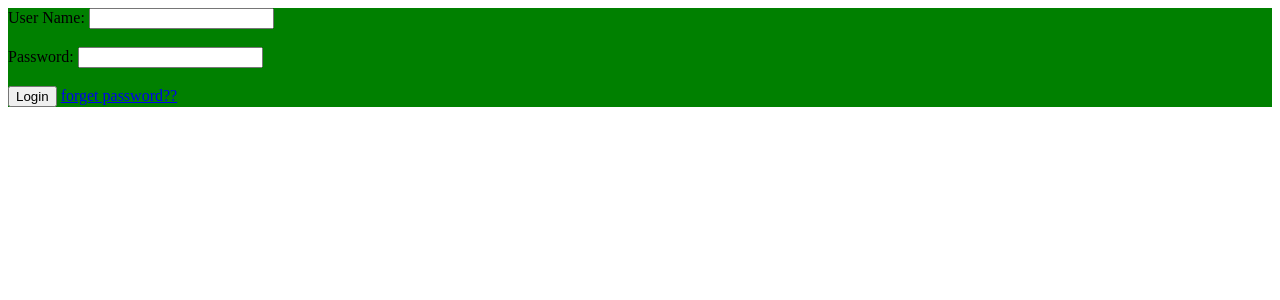
Repository: AmritOjha01/sms
Page: http://localhost/StudentManagementSystem/UserController?action=listUser
These files come from the project's save history. The page is drawn as it stood at one moment and after the next save; the edit follows.
The browser window is 1280 px wide. The pictures show the whole page.
The page is served by Tomcat 9. Other server files are loaded and not shown.

Above is the page before, as saved 2017-03-27 11:08:24.

### StudentManagementSystem/WebContent/login.jsp
<%@ page language="java" contentType="text/html; charset=ISO-8859-1"
	pageEncoding="ISO-8859-1"%>
<!DOCTYPE html PUBLIC "-//W3C//DTD HTML 4.01 Transitional//EN" "http://www.w3.org/TR/html4/loose.dtd">
<html>
<head>
<meta http-equiv="Content-Type" content="text/html; charset=ISO-8859-1">
<title>Insert title here</title>
</head>
<body>
	<form action="LoginController" method="post" style="background-color: green; border: solid  1 em; ">
		User Name: <input type="text" name="uName"><br>
		<br> Password: <input type="password" name="pass"><br>
		<br> <input type="submit" value="Login">
		<a href="LoginController?action=getpassword">forget password??</a>
	</form>
</body>
</html>

### StudentManagementSystem/src/com/krishna/sis/controller/UserController.java
package com.krishna.sis.controller;

import java.io.IOException;
import java.text.ParseException;
import java.text.SimpleDateFormat;
import java.util.Date;

import javax.servlet.RequestDispatcher;
import javax.servlet.ServletException;
import javax.servlet.annotation.WebServlet;
import javax.servlet.http.HttpServlet;
import javax.servlet.http.HttpServletRequest;
import javax.servlet.http.HttpServletResponse;
import javax.servlet.http.HttpSession;

import com.krishna.sis.dto.UserDTO;
import com.krishna.sis.service.UserService;
import com.krishna.sis.service.UserServiceImpl;
import com.krishna.sis.util.EmailUtility;

@WebServlet("/UserController")
public class UserController extends HttpServlet {
	private static final long serialVersionUID = 1L;
	private static String INSERT_OR_EDIT = "/userCreate.jsp";
	private static String LIST_USER = "/userList.jsp";
	private static String LOGIN = "/login.jsp";
	private static String PREVIOUS_PWD = "/previousUserPassword.jsp";

	private UserService userService;

	public UserController() {
		super();
		userService = new UserServiceImpl();
	}

	protected void doGet(HttpServletRequest request, HttpServletResponse response)
			throws ServletException, IOException {
		String forward = "";
		String name = "";
		HttpSession session = request.getSession(false);
		if (session != null)
			name = (String) session.getAttribute("uname");
		else
			name = null;
		if (name != null) {
			String action = request.getParameter("action");

			if (action.equalsIgnoreCase("delete")) {
				int userId = Integer.parseInt(request.getParameter("userid"));
				userService.deleteUser(userId);
				forward = LIST_USER;
				request.setAttribute("users", userService.getAllUsers());
			} else if (action.equalsIgnoreCase("edit")) {
				forward = INSERT_OR_EDIT;
				int userId = Integer.parseInt(request.getParameter("userid"));
				UserDTO user = userService.getUserById(userId);
				request.setAttribute("user", user);
			} else if (action.equalsIgnoreCase("listUser")) {
				forward = LIST_USER;
				request.setAttribute("users", userService.getAllUsers());
			} else if (action.equalsIgnoreCase("insert")) {
				forward = INSERT_OR_EDIT;
			} else {
				forward = PREVIOUS_PWD;

			}
		} else {
			forward = LOGIN;
		}
		RequestDispatcher view = request.getRequestDispatcher(forward);
		view.forward(request, response);
	}

	protected void doPost(HttpServletRequest request, HttpServletResponse response)
			throws ServletException, IOException {
		UserDTO userDTO = new UserDTO();
		userDTO.setFirstName(request.getParameter("firstName"));
		userDTO.setLastName(request.getParameter("lastName"));
		userDTO.setUsername(request.getParameter("username"));
		userDTO.setPassword(request.getParameter("password"));
		String dateOfBirth = request.getParameter("dob");
		try {
			Date dob = new SimpleDateFormat("yyyy-MM-dd").parse(dateOfBirth);
			userDTO.setDob(dob);
		} catch (ParseException e) {
			e.printStackTrace();
		}
		userDTO.setEmail(request.getParameter("email"));
		String userid = request.getParameter("userid");
		if (userid == null || userid.isEmpty()) {
			userService.saveUser(userDTO);
			EmailUtility.sendEmail(userDTO.getPassword());
		} else {
			userDTO.setUserId(Integer.parseInt(userid));
			userService.updateUser(userDTO);
		}

		RequestDispatcher view = request.getRequestDispatcher(LIST_USER);
		request.setAttribute("users", userService.getAllUsers());
		view.forward(request, response);
	}
}

### StudentManagementSystem/src/com/krishna/sis/service/UserServiceImpl.java
package com.krishna.sis.service;

import java.util.List;

import com.krishna.sis.dao.UserDao;
import com.krishna.sis.dao.UserDaoImpl;
import com.krishna.sis.dto.UserDTO;

public class UserServiceImpl implements UserService {

	UserDao userDao = new UserDaoImpl();

	@Override
	public boolean saveUser(UserDTO userDTO) {
		return userDao.saveUser(userDTO);
	}

	@Override
	public boolean updateUser(UserDTO userDTO) {
		return userDao.updateUser(userDTO);
	}

	@Override
	public List<UserDTO> getAllUsers() {
		return userDao.getAllUsers();
	}

	@Override
	public UserDTO getUserById(int userId) {
		return userDao.getUserById(userId);
	}

	@Override
	public void deleteUser(int userId) {
		userDao.deleteUser(userId);

	}

	@Override
	public UserDTO getUserByUserNameAndPassword(String username, String password) {
		return userDao.getUserByUserNameAndPassword(username, password);
	}

	@Override
	public UserDTO getPasswordByEmail(String email) {

		return userDao.getPasswordByEmail(email);
	}

	@Override
	public UserDTO getPasswordByPassword(String pwd) {

		return userDao.getPasswordByPassword(pwd);
	}

}

### StudentManagementSystem/src/com/krishna/sis/dao/UserDao.java
package com.krishna.sis.dao;

import java.util.List;

import com.krishna.sis.dto.UserDTO;

public interface UserDao {
	public boolean saveUser(UserDTO userDTO);

	public boolean updateUser(UserDTO userDTO);

	public List<UserDTO> getAllUsers();

	public UserDTO getUserById(int userId);

	public void deleteUser(int userId);

	public UserDTO getUserByUserNameAndPassword(String username, String password);

	public UserDTO getPasswordByEmail(String email);

	public UserDTO getPasswordByPassword(String pwd);
}

### StudentManagementSystem/src/com/krishna/sis/dao/UserDaoImpl.java
package com.krishna.sis.dao;

import java.sql.PreparedStatement;
import java.sql.ResultSet;
import java.util.ArrayList;
import java.util.List;

import com.krishna.sis.dto.UserDTO;
import com.krishna.sis.util.DbUtil;
import com.krishna.sis.util.QueryUtil;

public class UserDaoImpl implements UserDao {
	public boolean saveUser(UserDTO userDTO) {
		PreparedStatement ps = null;
		int savedUser = 0;
		try {
			ps = DbUtil.getConnection().prepareStatement(QueryUtil.CREATE_USER);
			// ps.setNull(1, java.sql.Types.INTEGER);
			ps.setString(1, userDTO.getFirstName());
			ps.setString(2, userDTO.getLastName());
			ps.setString(3, userDTO.getEmail());
			ps.setDate(4, new java.sql.Date(userDTO.getDob().getTime()));
			ps.setString(5, userDTO.getUsername());
			ps.setString(6, userDTO.getPassword());
			savedUser = ps.executeUpdate();

		} catch (Exception ex) {
			ex.printStackTrace();
		} finally {
			DbUtil.closeAll(ps);
		}
		if (savedUser >= 1) {
			return true;
		}
		return false;
	}

	public boolean updateUser(UserDTO userDTO) {
		PreparedStatement ps = null;
		int uUpdated = 0;
		try {
			ps = DbUtil.getConnection().prepareStatement(QueryUtil.UPDATE_USER);
			ps.setString(1, userDTO.getFirstName());
			ps.setString(2, userDTO.getLastName());
			ps.setString(3, userDTO.getEmail());
			ps.setDate(4, new java.sql.Date(userDTO.getDob().getTime()));
			ps.setString(5, userDTO.getPassword());
			ps.setInt(6, userDTO.getUserId());
			uUpdated = ps.executeUpdate();
		} catch (Exception ex) {
			ex.printStackTrace();
		} finally {
			DbUtil.closeAll(ps);
		}
		if (uUpdated >= 1) {
			return true;
		}
		return false;
	}

	public List<UserDTO> getAllUsers() {
		List<UserDTO> users = new ArrayList<UserDTO>();
		PreparedStatement ps = null;
		try {
			ps = DbUtil.getConnection().prepareStatement(QueryUtil.GET_ALL_USER);
			ResultSet rs = ps.executeQuery();
			while (rs.next()) {
				UserDTO userDTO = new UserDTO();
				userDTO.setUserId(rs.getInt("user_id"));
				userDTO.setFirstName(rs.getString("first_name"));
				userDTO.setLastName(rs.getString("last_name"));
				userDTO.setDob(rs.getDate("dob"));
				userDTO.setEmail(rs.getString("email"));
				userDTO.setUsername(rs.getString("username"));
				users.add(userDTO);
			}
		} catch (Exception ex) {
			ex.printStackTrace();
		} finally {
			DbUtil.closeAll(ps);
		}

		return users;
	}

	public UserDTO getUserById(int userId) {
		UserDTO user = new UserDTO();
		PreparedStatement ps = null;
		try {
			ps = DbUtil.getConnection().prepareStatement(QueryUtil.GET_USER_BY_ID);
			ps.setInt(1, userId);
			ResultSet rs = ps.executeQuery();
			if (rs.next()) {
				user.setUserId(rs.getInt("user_id"));
				user.setFirstName(rs.getString("first_name"));
				user.setLastName(rs.getString("last_name"));
				user.setDob(rs.getDate("dob"));
				user.setEmail(rs.getString("email"));
				user.setUsername(rs.getString("username"));
			}
		} catch (Exception ex) {
			ex.printStackTrace();
		} finally {
			DbUtil.closeAll(ps);
		}
		return user;
	}

	public void deleteUser(int userId) {
		PreparedStatement ps = null;
		try {
			ps = DbUtil.getConnection().prepareStatement(QueryUtil.DELETE_USER);
			ps.setInt(1, userId);
			ps.executeUpdate();

		} catch (Exception ex) {
			ex.printStackTrace();
		} finally {
			DbUtil.closeAll(ps);
		}
	}

	public UserDTO getUserByUserNameAndPassword(String username, String password) {
		UserDTO user = new UserDTO();
		PreparedStatement ps = null;
		try {
			ps = DbUtil.getConnection().prepareStatement(QueryUtil.GET_USER_BY_USERNAME_AND_PASSWORD);
			ps.setString(1, username);
			ps.setString(2, password);
			ResultSet rs = ps.executeQuery();
			if (rs.next()) {
				user.setUserId(rs.getInt("user_id"));
				user.setUsername(rs.getString("username"));
				user.setPassword(rs.getString("password"));
			}
		} catch (Exception ex) {
			ex.printStackTrace();
		} finally {
			DbUtil.closeAll(ps);
		}
		return user;
	}

	@Override
	public UserDTO getPasswordByEmail(String email) {
		UserDTO user = new UserDTO();
		PreparedStatement ps = null;
		try {
			ps = DbUtil.getConnection().prepareStatement(QueryUtil.GET_BY_EMAIL);
			ps.setString(1, email);
			ResultSet rs = ps.executeQuery();
			if (rs.next()) {
				user.setUserId(rs.getInt("user_id"));
				user.setFirstName(rs.getString("first_name"));
				user.setLastName(rs.getString("last_name"));
				user.setDob(rs.getDate("dob"));
				user.setEmail(rs.getString("email"));
				user.setUsername(rs.getString("username"));
				user.setPassword(rs.getString("password"));
			}
		} catch (Exception ex) {
			ex.printStackTrace();
		} finally {
			DbUtil.closeAll(ps);
		}
		return user;
	}

	@Override
	public UserDTO getPasswordByPassword(String pwd) {

		UserDTO user = new UserDTO();
		PreparedStatement ps = null;
		try {
			ps = DbUtil.getConnection().prepareStatement(QueryUtil.GET_PASSWORD_BY_PASSWORD);
			ps.setString(1, pwd);
			ResultSet rs = ps.executeQuery();
			if (rs.next()) {
				user.setUserId(rs.getInt("user_id"));
				user.setFirstName(rs.getString("first_name"));
				user.setLastName(rs.getString("last_name"));
				user.setDob(rs.getDate("dob"));
				user.setEmail(rs.getString("email"));
				user.setUsername(rs.getString("username"));
				user.setPassword(rs.getString("password"));
			}
		} catch (Exception ex) {
			ex.printStackTrace();
		} finally {
			DbUtil.closeAll(ps);
		}
		return user;
	}
}

After the next save:
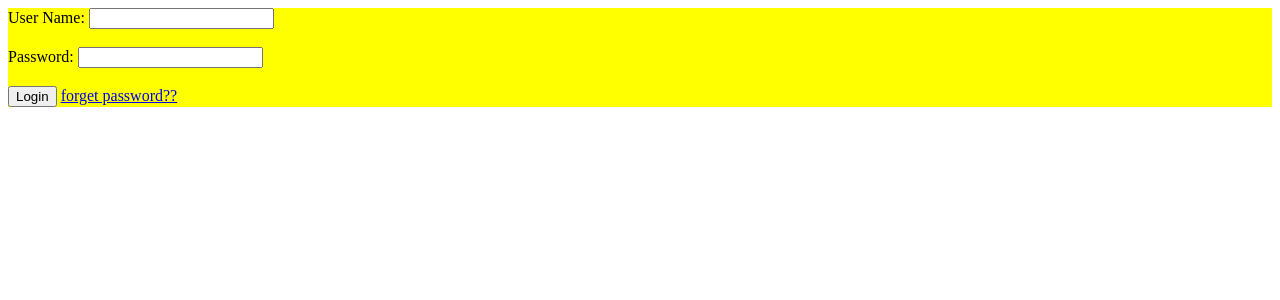
Saved 8 s later.
--- a/StudentManagementSystem/WebContent/login.jsp
+++ b/StudentManagementSystem/WebContent/login.jsp
@@ -7,7 +7,7 @@
 <title>Insert title here</title>
 </head>
 <body>
-	<form action="LoginController" method="post" style="background-color: green; border: solid  1 em; ">
+	<form action="LoginController" method="post" style="background-color: yellow; border: solid  1 em; ">
 		User Name: <input type="text" name="uName"><br>
 		<br> Password: <input type="password" name="pass"><br>
 		<br> <input type="submit" value="Login">
